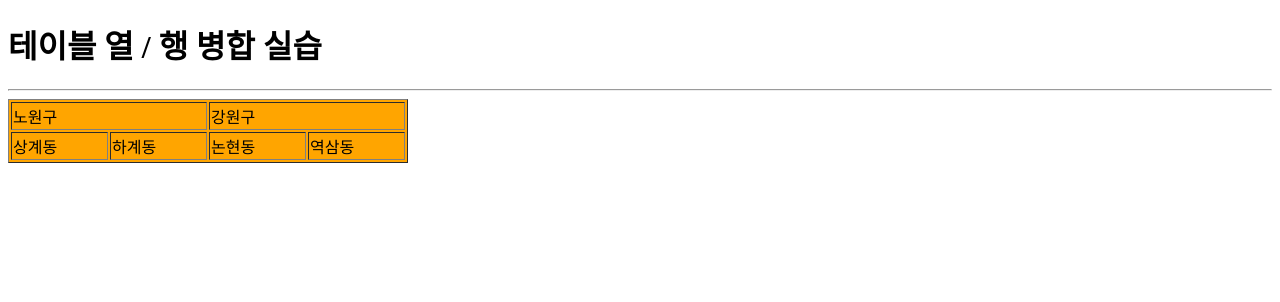
Repository: jp0301/WebStudy
Page: WebApp01/WebContent/Test012.html
An editor plug-in stored every save of this project. The page is shown before and after the next save, followed by the edit.
The browser window is 1280 px wide. The pictures show the whole page.

Above is the page before, as saved 2022-09-27 02:27:58.

After the next save:
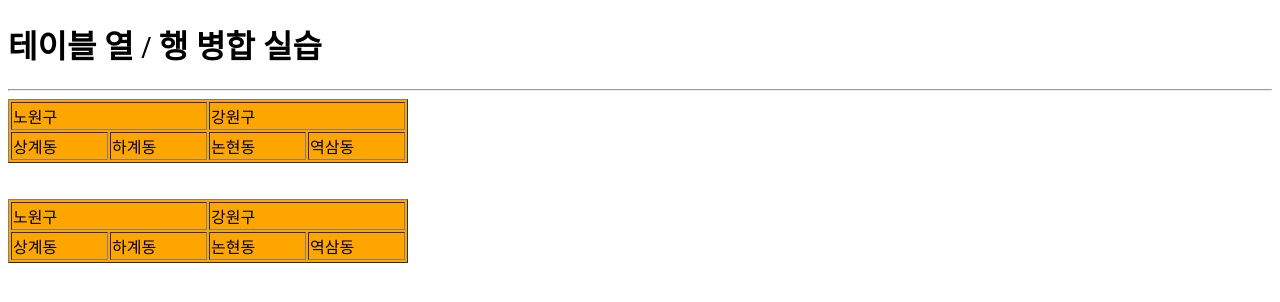
Saved 3 min 44 s later.
--- a/WebApp01/WebContent/Test012.html
+++ b/WebApp01/WebContent/Test012.html
@@ -25,6 +25,22 @@
 				<td>역삼동</td>
 			</tr>
 		</table>
+		<br><br>
+
+
+		<table border="1" bgcolor="orange" width="400">
+
+			<tr>
+				<td colspan="2">노원구</td>
+				<td colspan="2">강원구</td>
+			</tr>
+			<tr>
+				<td>상계동</td>
+				<td>하계동</td>
+				<td>논현동</td>
+				<td>역삼동</td>
+			</tr>
+		</table>
 	</div>
 
 </body>
